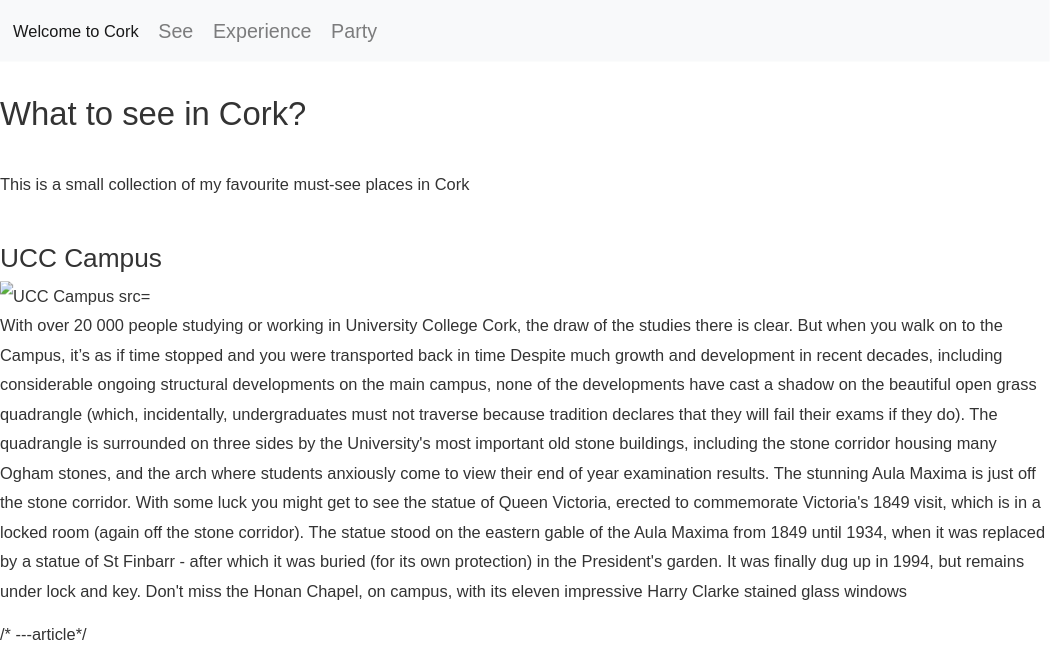
Repository: Maja-Jer/Welcome-to-Cork
Page: see.html
The author's editor kept a record of every edit. The page is drawn from the files as they stood at one moment, then again after the next edit.
The browser window is 1280 px wide. The pictures show the whole page, at 82% of full size.
Some web libraries are served in a nearby version.

Above is the page before.

After the next edit:
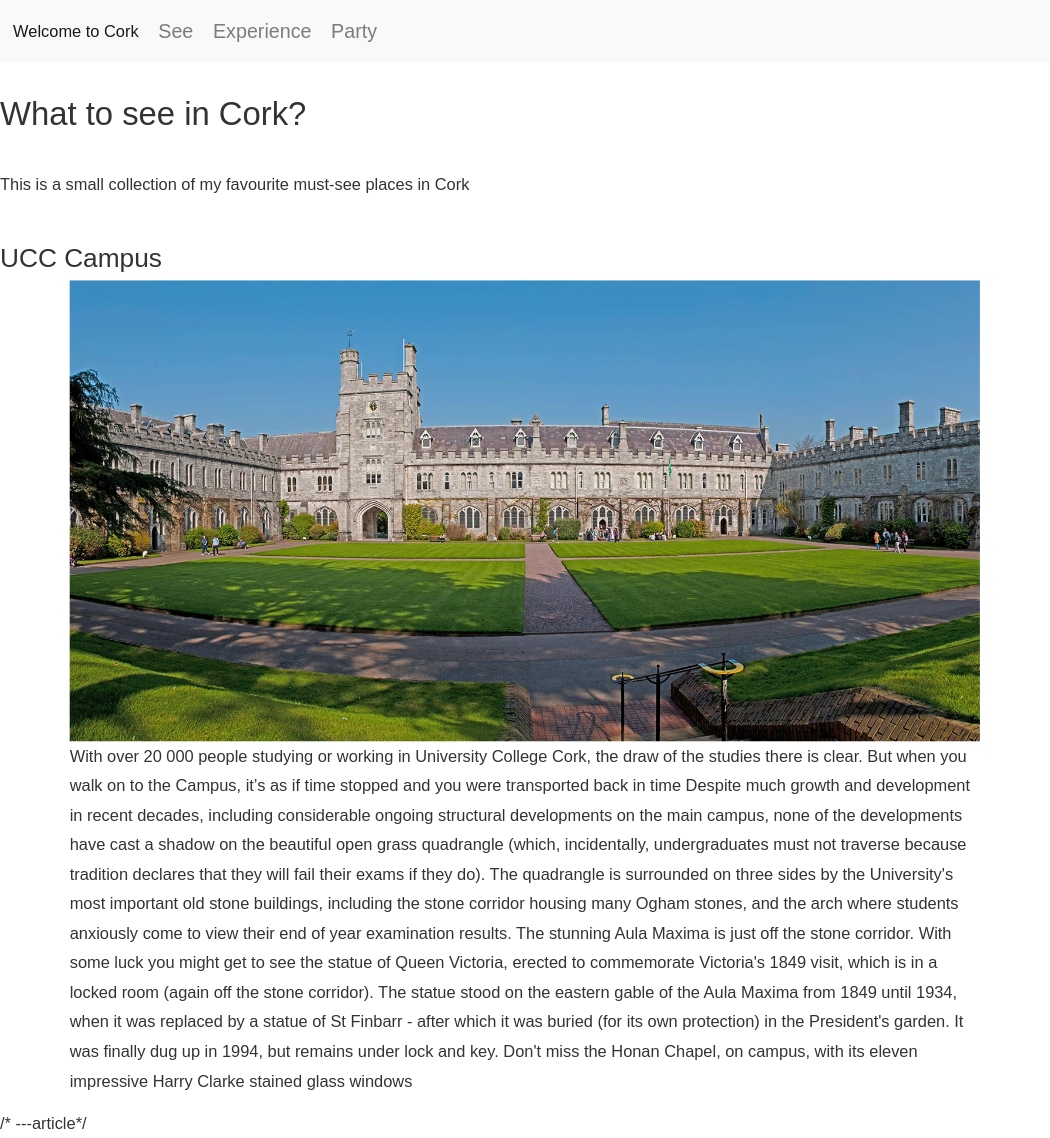
The edit:
--- a/see.html
+++ b/see.html
@@ -44,11 +44,11 @@
         </div>
     </div>
 
-        <div class= "site-photo">
-            <div class= "photo-ucc">
-                <img alt="UCC Campus src= "/assets/photos/ucc-campus.jpg">
-            </div>
-        </div>
+
+        <div class="container">
+    <div class="container-ucc-campus">
+        <img class= "img-fluid" src="assets/photos/ucc-campus.jpg" alt="UCC Campus">
+    </div>
 
 
 
